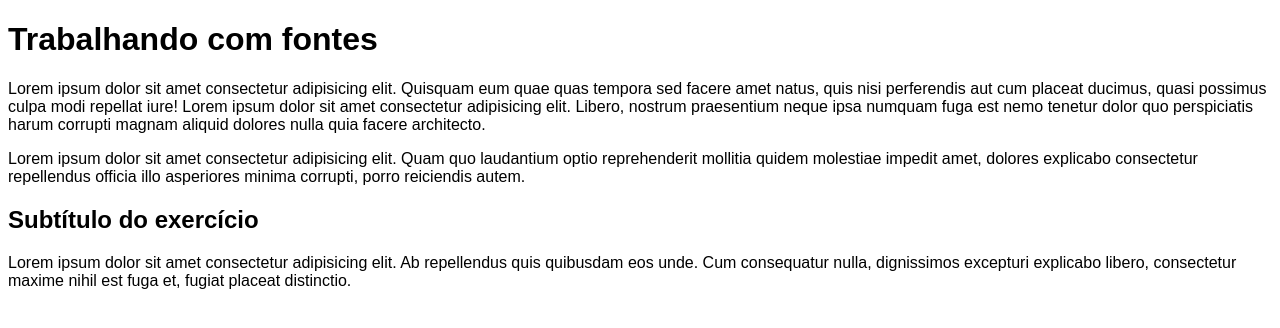
Repository: pheonix5/Estudo
Page: html-css/exercicios/ex017/fonte01.html
The author's editor kept a copy of each file at every save. The page is drawn from the files as they stood at one save, then again after the next save.
The browser window is 1280 px wide. The pictures show the whole page.

Above is the page before, as saved 2023-08-12 00:38:28.

After the next save:
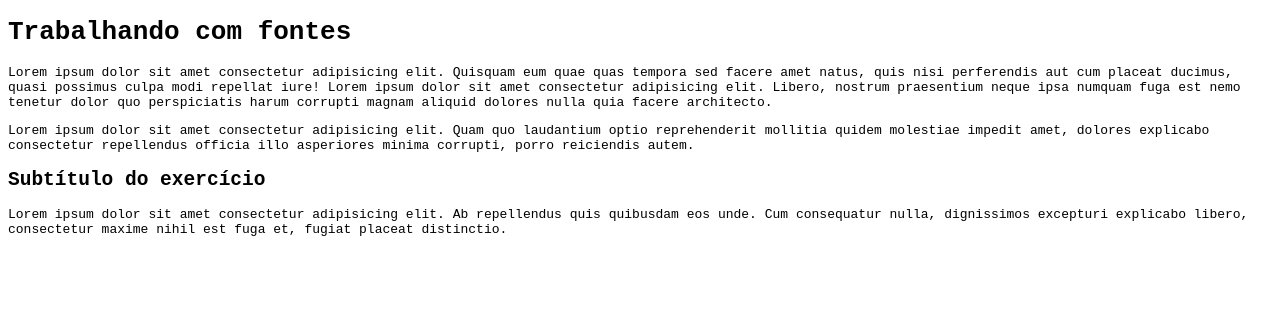
Saved 2 min 19 s later.
--- a/html-css/exercicios/ex017/fonte01.html
+++ b/html-css/exercicios/ex017/fonte01.html
@@ -6,7 +6,7 @@
   <title>Fontes em css</title>
   <style>
     body{
-      font-family: Arial, Helvetica, sans-serif;
+      font-family: monospace;
     }
   </style>
 </head>

After the save that followed:
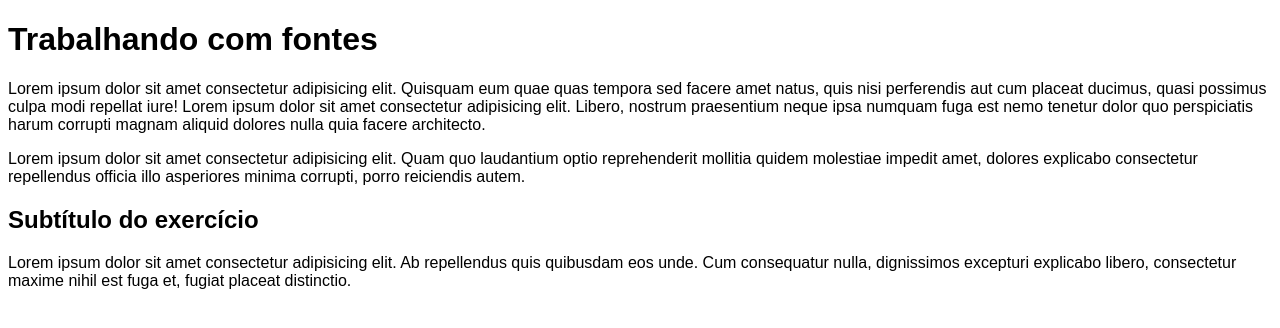
Saved 39 s later.
--- a/html-css/exercicios/ex017/fonte01.html
+++ b/html-css/exercicios/ex017/fonte01.html
@@ -6,7 +6,7 @@
   <title>Fontes em css</title>
   <style>
     body{
-      font-family: monospace;
+      font-family: Arial, Helvetica, sans-serif;
     }
   </style>
 </head>
